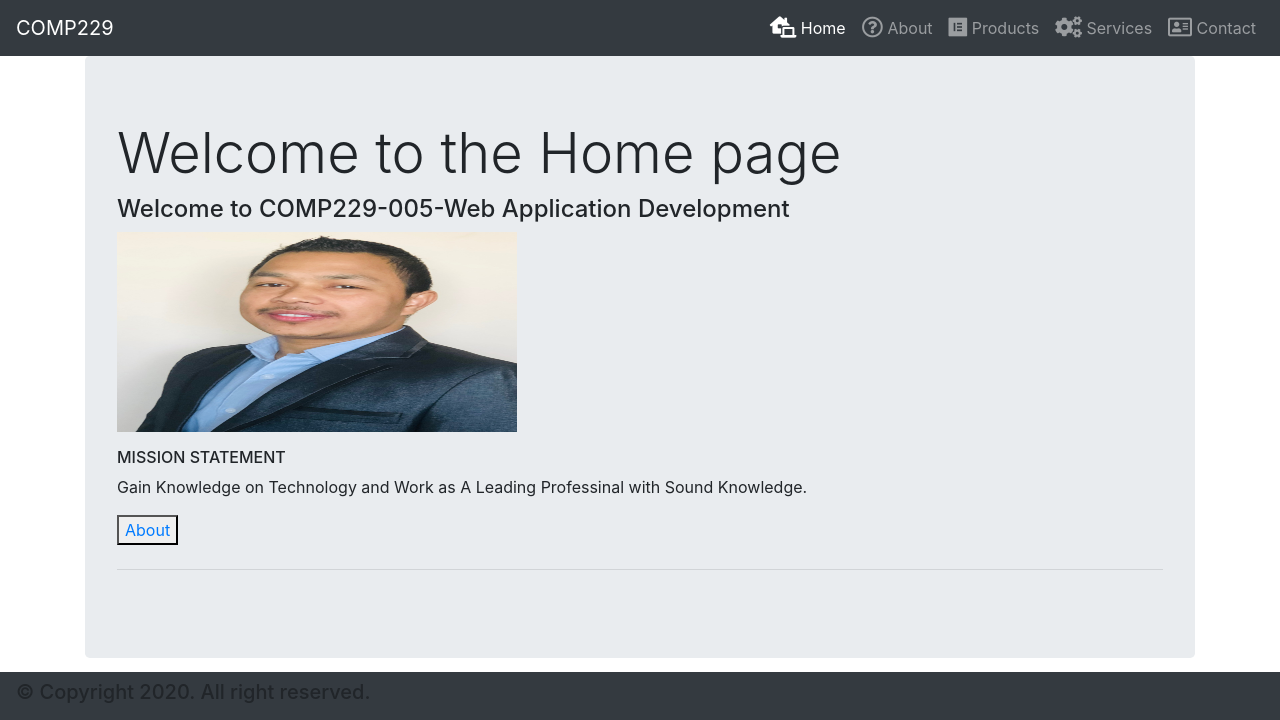
Repository: laxmangothe2020/COMP229Assignment
Page: http://localhost/
The author's editor kept a copy of each file at every save. The page is drawn from the files as they stood at one save, then again after the next save.
The browser window is 1280 px wide. The pictures show the whole page.
The page is served by the project's Node server (server.js). Other server files are loaded and not shown.

Above is the page before, as saved 2021-02-10 23:51:56.

### views/index.ejs

<%- include partials/header.ejs %>

   <%- include partials/main_nav.ejs %>

      <!-- Main Contain -->
   <main class="container">
    <div class="jumbotron">
    <h1 class="display-4"> Welcome to the <%= title %> page </h1>
    <!--Using Switch case all infornation passed through here-->
      <% switch (title) {
        case 'Home' : %>
        <%- include partials/home.ejs %>
                <% break;

        case 'About' : %>
        <%- include partials/about.ejs %>
                <% break;

        case 'Products' : %>
        <%- include partials/products.ejs %>
                <% break;

        case 'Services' : %>
        <%- include partials/services.ejs %>
                <% break;

        case 'Contact' : %>
        <%- include partials/contact.ejs %>
              <% break;
       } %>
      <hr class="my-4">
    </div>
  </main>

   <%- include partials/bottom_nav.ejs %>


    <%- include partials/footer.ejs %>

### views/partials/header.ejs

<!DOCTYPE html>
<html lang="en">
  <head>
   <meta charset="UTF-8">
   <meta name="viewport" content="with=device-width, initial-scale=1.0">
    <title><%= title %></title>

  <!-- CSS Section-->
  <link rel="stylesheet" href="/bootstrap/dist/css/bootstrap.min.css">
  <link rel="stylesheet" href="/@fortawesome/fontawesome-free/css/all.min.css">
  <link rel='stylesheet' href='/Content/app.css'/>

</head>
<body>

### views/partials/main_nav.ejs
<!-- Main Navigation -->
   <nav class="navbar navbar-expand-lg navbar-dark bg-dark">
      <a class="navbar-brand" href="/">COMP229</a>
      <button class="navbar-toggler" type="button" data-toggle="collapse" data-target="#navbarSupportedContent" aria-controls="navbarSupportedContent" aria-expanded="false" aria-label="Toggle navigation">
       <span class="navbar-toggler-icon"></span>
     </button>

     <div class="collapse navbar-collapse" id="navbarSupportedContent">
        <ul class="navbar-nav ml-auto">

          <% if (title == "Home") { %>
        <li class="nav-item active">
        <% } else { %>
        <li class="nav-item">
        <% } %>
          <a class="nav-link" href="/home"><i class="fas fa-lg fa-laptop-house"></i> Home </a>
        </li>

        <% if (title == "About") { %>
          <li class="nav-item active">
          <% } else { %>
          <li class="nav-item">
          <% } %>
        <a class="nav-link" href="/about"><i class="far fa-lg fa-question-circle"></i> About </a>
        </li>

        <% if (title == "Products") { %>
          <li class="nav-item active">
          <% } else { %>
          <li class="nav-item">
          <% } %>
        <a class="nav-link" href="/products"><i class="fab fa-lg fa-elementor"></i> Products </a>
        </li>

        <% if (title == "Services") { %>
          <li class="nav-item active">
          <% } else { %>
          <li class="nav-item">
          <% } %>
        <a class="nav-link" href="/services"><i class="fas fa-lg fa-cogs"></i> Services </a>
        </li>

        <% if (title == "Contact") { %>
          <li class="nav-item active">
          <% } else { %>
          <li class="nav-item">
          <% } %>
        <a class="nav-link" href="/contact"><i class="far fa-lg fa-address-card"></i> Contact </a>

        </li>

      </div>
    </nav>

### views/partials/home.ejs
<body>

    <div class="content">
        <h4>Welcome to COMP229-005-Web Application Development</h4>
        <img src="./Assets/images/lax.jpeg" width="400" height="200" >
        <p>
            <h6> MISSION STATEMENT</h6> Gain Knowledge on Technology and Work as A Leading Professinal with Sound Knowledge.
        </p>
        <p>
            <button class="active"><a href="/about"> About </a></button>
        </p>
    </div>

</body>

### views/partials/about.ejs


    <div id="contentEditable">


                    <div style="background-color: #C0C0C0;margin-bottom: 10px">
                        <h3 style="padding-left: 40px;padding-top:20px;color: #AA7439"> About Me </h3>
                        <div style="width: 100%;height:100%;background-color:#C0C0C0;">
                            <img src="./Assets/images/laxman.jpeg" alt="Security for Life" width="15%" style="float: right;margin-left: 30px;margin-right:30px">
                           <p style="padding-left:15px; padding-right: 10px; color:#696969;margin:20px;text-align: justify;line-height:1.7;padding-bottom: 20px;">
                             &nbsp;&nbsp;&nbsp;&nbsp;&nbsp;&nbsp;&nbsp;&nbsp;The Civil Homes REALTORS® is a small, family owned real estate company with full-time Professional REALTORS®. We have been in business in Madison since 1990 and have helped hundreds of people and families buy and sell homes throughout the years all over Madison, Dane County and the surrounding counties. The Civil Homes REALTORS® is licensed in the State of Toronto.
                             <br>
                             <br>&nbsp;&nbsp;&nbsp;&nbsp;&nbsp;&nbsp;&nbsp;&nbsp;We pride ourselves on the quality of service that we provide, not the quantity that we sell. We find that our clients are extremely satisfied with the services we provide, because they know that our first concern is always their best interests. The wants and needs of our clients are always at the forefront of our business practices and are the driving force behind all that we do.

                           </p>
    </div>


        </div>


        </div>
<p><a href="/public/PDF/resume.pdf"> Resume </a></button></p>

### views/partials/products.ejs
<div class="row">
    <div class="column">
        <img src="./Assets/images/mobile.jpg" width="350" height="250" >
        <p> The main purpose to develop this project is<br>
            to roll the dice. we have two diaces here, <br>
            when we click on the roll button, it shows<br>
            the number and also shows the total number<br>
            by adding the number of both dice.</p>
    </div>
    <div class="column">
        <img src="./Assets/images/game.jpg" width="350" height="250" >
        <p> This is the Slot Machine Project. The main<br>
            purpose to develop this project is to show<br>
            how the jackpot works. When we bet  amount<br>
            and play,it shows either we win the game or<br>
            loose. It shows credic, balance and jackpot.</p>
    </div>
    <div class="column">
        <img src="./Assets/images/software.jpg" width="350" height="250" >
        <p> This is a 5 page project of Web Application<br>
            The main purpose to develop this project is <br>
            to run multi-pages and show the importance <br>
            of each pages. Home, About, Products, Services<br>
            and Contact pages are the pages of this project</p>
    </div>
 </div>

### views/partials/services.ejs
<div class="row">
    <div class="column">
        <img src="./Assets/images/qualityassurance.jpg" width="350" height="250" >
    </div>
    <div class="column">
        <img src="./Assets/images/softwaredev.jpg" width="350" height="250" >
    </div>
    <div class="column">
        <img src="./Assets/images/technical.jpg" width="350" height="250" >
    </div>
    <h3>Our Services:</h3> <br>
        <p>We work for several aspects of IT related tasks. Our Main purpose is to make sure on the Quality of our products.
            Similarly, Web designing, coding by using C#, JavaScript, Database are our major focus. We provide service to the customer
            in a fast paced way. All the customers are happy with our Service.
        </p>
</div>

### views/partials/contact.ejs
<div class="container">
    <h1 class="display-5">CONTACT FIELD</h1>
    <div id="errorMessage" class="alert alert-danger" role="alert" hidden>

    </div>
    <hr>
    <form id="conactForm">
      <div class="form-group">
        <label for="firstName">First Name</label>
        <input type="text" class="form-control" id="firstName" name="firstName" aria-describedby="firstName"
        placeholder="Enter First Name" required autofocus>
      </div>

      <div class="form-group">
        <label for="lastName">Last Name</label>
        <input type="text" class="form-control" id="lastName" name="lastName" aria-describedby="lastName"
        placeholder="Enter Last Name" required>
      </div>

      <div class="form-group">
        <label for="contactNumber">Contact Number</label>
        <input type="tel" class="form-control" id="contactNumber" name="contactNumber" aria-describedby="contactNumber"
        placeholder="Enter Contact Number" required>
      </div>

      <div class="form-group">
        <label for="emailAddress">Email address</label>
        <input type="email" class="form-control" id="emailAddress" name="emailAddress" aria-describedby="emailAddress"
        placeholder="Enter Email" required>
      </div>

      <div class="form-group">
        <label for="shortMessage">Your Message</label>
        <textarea class="form-control" id="shortMessage"  name="shortMessage" rows="3" aria-describedby="shortMessage" placeholder="--If you have Short message, please write here--" required></textarea></textarea>
      </div>

      <a href="/"><button type="button" value="Submit"class="btn btn-primary btn-lg"><i class="fas fa-file-import"></i>Send</button></a>
      <!--<button id="submitButton" type="submit" class="btn btn-primary btn-lg"><i class="fas fa-share-square"></i> Send</button> -->
      <button id="resetButton" type="reset" class="btn btn-warning btn-lg"><i class="fas fa-redo"></i> Reset</button>
      <br>
      <br>
      <br>
    </form>

  </div>

### views/partials/bottom_nav.ejs
<!-- Bottom Nav -->

    <footer>
       <nav class="navbar fixed-bottom navbar-dark bg-dark">
        <h5 class="display-6 navbar.text">&copy; Copyright 2020. All right reserved.</h5>
       </nav>

    </footer>

### views/partials/footer.ejs
<!-- Script Section-->
    <script src="/jquery/dist/jquery.min.js"></script>
    <script src="/bootstrap/dist/js/bootstrap.min.js"></script>
    <script src="/Scripts/app.js"></script>
 </body>
</html>

### server.js
#!/usr/bin/env node

/**
 * Module dependencies.
 */

let app = require('./app');
let debug = require('debug')('week4:server');
let http = require('http');

/**
 * Get port from environment and store in Express.
 */

let port = normalizePort(process.env.PORT || '3000');
app.set('port', port);

/**
 * Create HTTP server.
 */

let server = http.createServer(app);

/**
 * Listen on provided port, on all network interfaces.
 */

server.listen(port);
server.on('error', onError);
server.on('listening', onListening);

/**
 * Normalize a port into a number, string, or false.
 */

function normalizePort(val) {
  let port = parseInt(val, 10);

  if (isNaN(port)) {
    // named pipe
    return val;
  }

  if (port >= 0) {
    // port number
    return port;
  }

  return false;
}

/**
 * Event listener for HTTP server "error" event.
 */

function onError(error) {
  if (error.syscall !== 'listen') {
    throw error;
  }

  let bind = typeof port === 'string'
    ? 'Pipe ' + port
    : 'Port ' + port;

  // handle specific listen errors with friendly messages
  switch (error.code) {
    case 'EACCES':
      console.error(bind + ' requires elevated privileges');
      process.exit(1);
      break;
    case 'EADDRINUSE':
      console.error(bind + ' is already in use');
      process.exit(1);
      break;
    default:
      throw error;
  }
}

/**
 * Event listener for HTTP server "listening" event.
 */

function onListening() {
  let addr = server.address();
  let bind = typeof addr === 'string'
    ? 'pipe ' + addr
    : 'port ' + addr.port;
  debug('Listening on ' + bind);
}

### routes/index.js
var express = require('express');
var router = express.Router();

/* GET home page. */
router.get('/', function(req, res, next) {
  res.render('index', { title: 'Home'});
});

/* GET home page. */
router.get('/home', function(req, res, next) {
  res.render('index', { title: 'Home'});
});

/* GET About page. */
router.get('/about', function(req, res, next) {
  res.render('index', { title: 'About'});
});

/* GET Products page. */
router.get('/products', function(req, res, next) {
  res.render('index', { title: 'Products'});
});

/* GET Services page. */
router.get('/services', function(req, res, next) {
  res.render('index', { title: 'Services'});
});


/* GET Contact us page. */
router.get('/contact', function(req, res, next) {
  res.render('index', { title: 'Contact'});
});

module.exports = router;

### app.js
//installed third party packages
let createError = require('http-errors');
let express = require('express');
let path = require('path');
let cookieParser = require('cookie-parser');
let logger = require('morgan');

let indexRouter = require('./routes/index');
let usersRouter = require('./routes/users');

let app = express();

// view engine setup
app.set('views', path.join(__dirname, 'views'));
app.set('view engine', 'ejs');

app.use(logger('dev'));
app.use(express.json());
app.use(express.urlencoded({ extended: false }));
app.use(cookieParser());
app.use(express.static(path.join(__dirname, 'public')));
app.use(express.static(path.join(__dirname, 'node_modules')));

app.use('/', indexRouter);
app.use('/users', usersRouter);
app.use('/public/images', express.static('./public/images') ) ;
app.use('/public/PDF', express.static('./public/PDF'));
app.use('/views/partials', express.static('./views/partials'));


// catch 404 and forward to error handler
app.use(function(req, res, next) {
  next(createError(404));
});

// error handler
app.use(function(err, req, res, next) {
  // set locals, only providing error in development
  res.locals.message = err.message;
  res.locals.error = req.app.get('env') === 'development' ? err : {};

  // render the error page
  res.status(err.status || 500);
  res.render('error');
  res.render('error', {title: 'Error'});
});

module.exports = app;

### public/Content/app.css
/* Custom CSS goes here */

### public/Scripts/app.js
// IIFE
(function(){
    function start()
    {
        console.log("App started...")
    }
    window.addEventListener("load", start);

})();

After the next save:
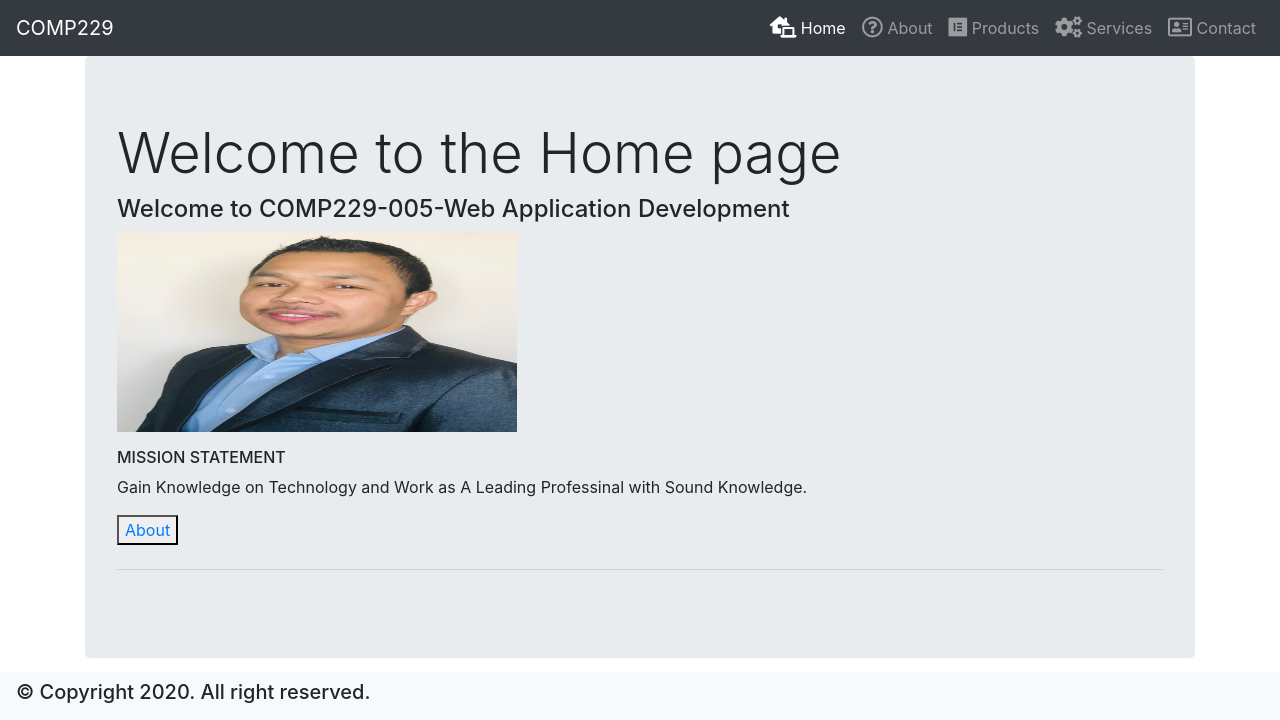
Saved 26 s later.
--- a/views/partials/bottom_nav.ejs
+++ b/views/partials/bottom_nav.ejs
@@ -1,7 +1,7 @@
 <!-- Bottom Nav -->
 
     <footer>
-       <nav class="navbar fixed-bottom navbar-dark bg-dark">
+       <nav class="navbar fixed-bottom navbar-light bg-light">
         <h5 class="display-6 navbar.text">&copy; Copyright 2020. All right reserved.</h5>
        </nav>
 
